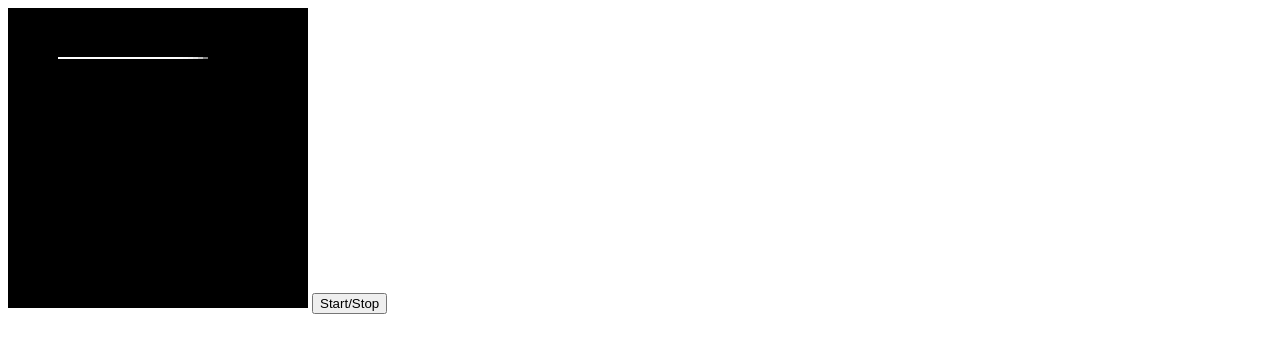
Repository: shadowroot/workspace
Page: http://localhost/test.php
An editor plug-in stored every save of this project. The page is shown before and after the next save, followed by the edit.
The browser window is 1280 px wide. The pictures show the whole page.
After loading, the first visible `#pause` was clicked once.
The page is run by PHP 8.4 with error messages shown; the project is at /var/www/html/.

Above is the page before, as saved 2012-02-08 21:19:28.

After the next save:
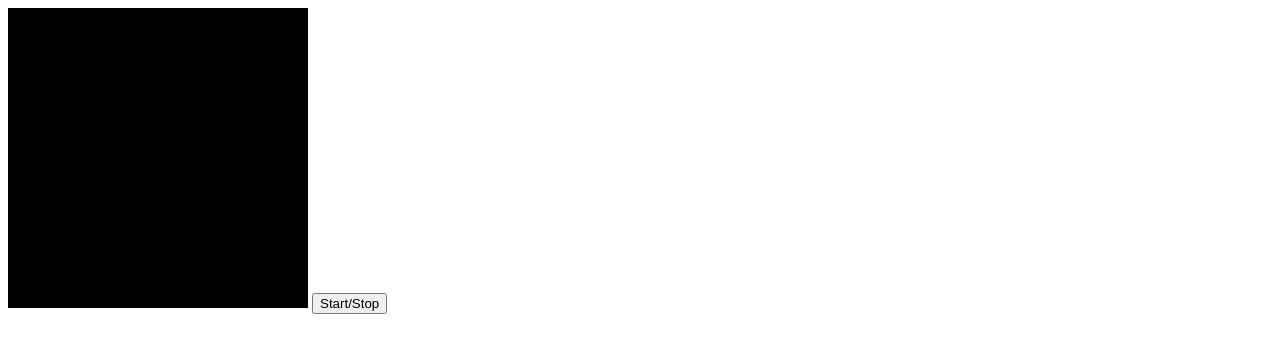
Console error: TypeError: Cannot read properties of undefined (reading 'color')
Saved 2 min 0 s later.
--- a/javascript_achtung_die_kurve/test.php
+++ b/javascript_achtung_die_kurve/test.php
@@ -107,6 +107,9 @@
 			game.ctx.moveTo(game.hero[i].x,game.hero[i].y);
 			if((x<game.canvas.width) && (x>0) && (y<game.canvas.height) && (y>0)){
 				var data = game.ctx.getImageData(x,y,5,5).data;
+				for (var i=0;i<data.length-1;i++){
+
+				}
 						game.ctx.lineTo(x,y);
 
 						game.ctx.strokeStyle=game.hero[i].color;

After the 2 saves that followed:
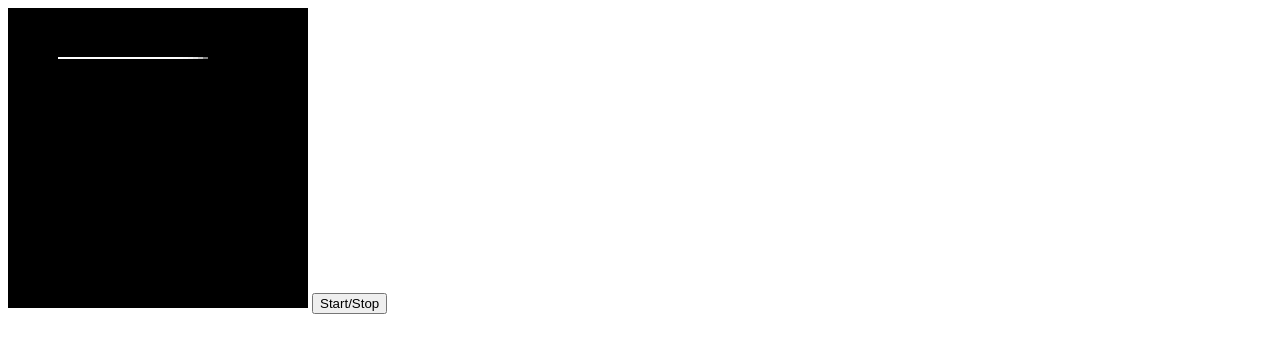
The error is gone.
The 2 saves are shown as one change because 1 left the picture as it was.
The last was saved 2 min 5 s later.
--- a/javascript_achtung_die_kurve/test.php
+++ b/javascript_achtung_die_kurve/test.php
@@ -107,8 +107,15 @@
 			game.ctx.moveTo(game.hero[i].x,game.hero[i].y);
 			if((x<game.canvas.width) && (x>0) && (y<game.canvas.height) && (y>0)){
 				var data = game.ctx.getImageData(x,y,5,5).data;
-				for (var i=0;i<data.length-1;i++){
-
+				for (var u=0;u<data.length-1;u++){
+					if(data[u] != 0){
+						game.hero[i].running = false;
+						console.log(game.hero[i].name+ " ended.");
+						var div = document.createElement("div");
+						div.innerHTML = game.hero[i].name+ " ended.";
+						document.body.appendChild(div);
+						return;
+					}
 				}
 						game.ctx.lineTo(x,y);
 
